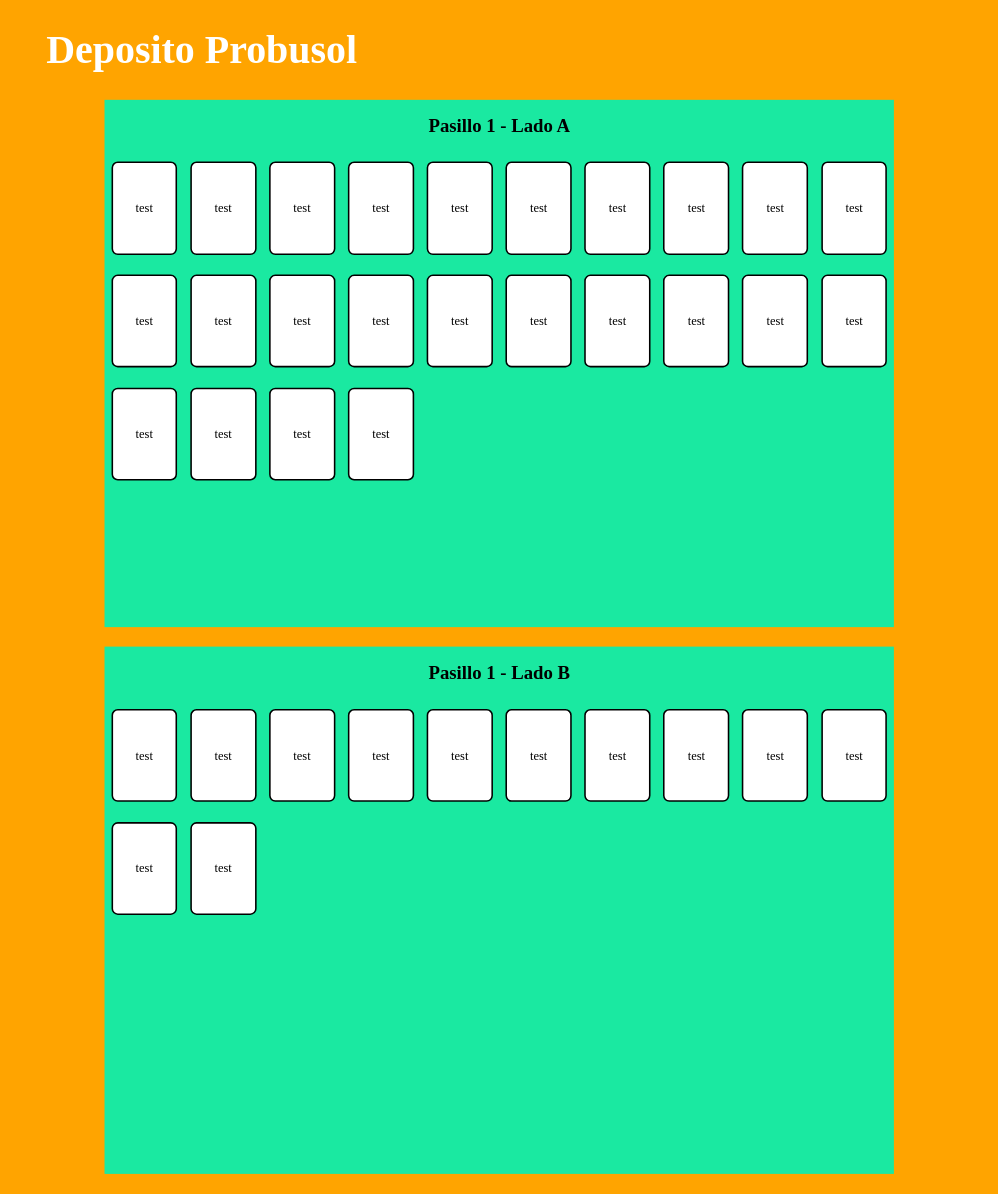
Repository: Franzcod/DepoStock_Web
Page: index.html
The author's editor kept a copy of each file at every save. The page is drawn from the files as they stood at one save, then again after the next save.
The browser window is 1280 px wide. The pictures show the whole page, at 78% of full size.

Above is the page before, as saved 2020-06-07 14:34:56.
Console error: ReferenceError: ur is not defined

After the next save:
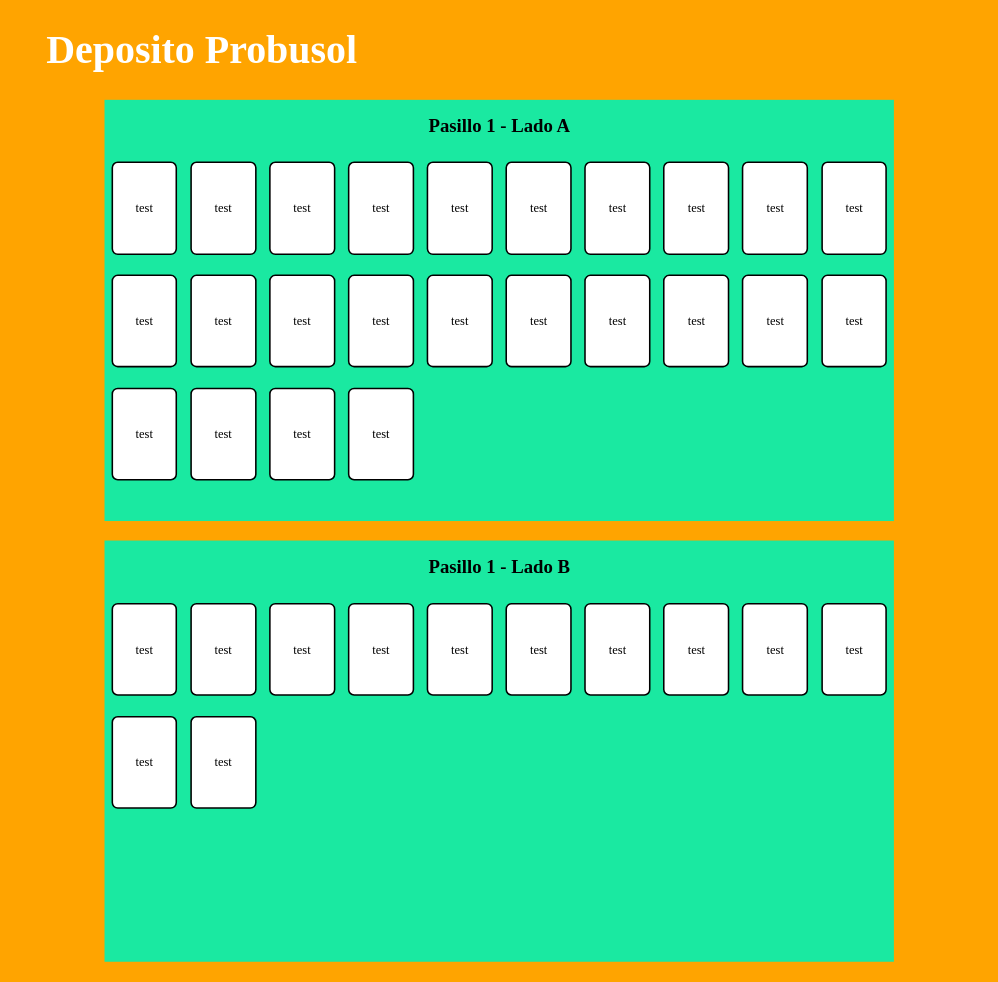
Saved 28 s later.
--- a/estilo/estilo.css
+++ b/estilo/estilo.css
@@ -52,7 +52,7 @@ h3 {
 
 .app {
     width: 80%;
-    height: 30%;
+    height: 500px;
     background: rgb(26, 233, 161);
     overflow-y: scroll;
     margin: 2vw auto;
